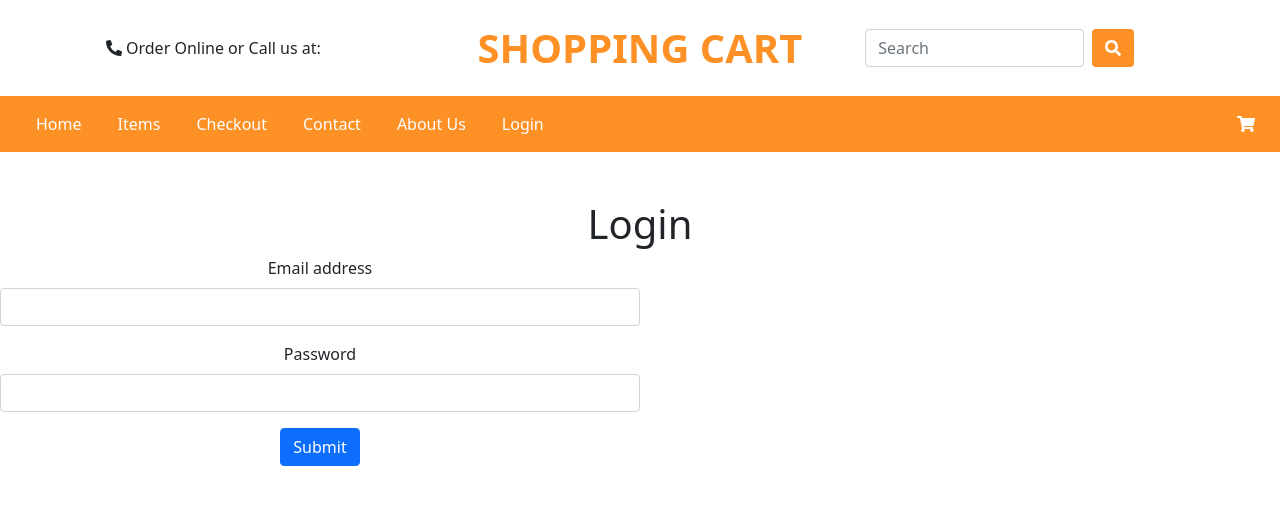
Repository: SaudCh/React-Ecommerce
Page: /login
An editor plug-in stored every save of this project. The page is shown before and after the next save, followed by the edit.
The browser window is 1280 px wide. The pictures show the whole page.
The project was rebuilt for these pictures with package versions that can differ from the ones it lists, and the page was loaded fresh each time. Also part of the build but not shown: src/App.css, src/Home/Carousel.jsx, src/Home/home.jsx.

Above is the page before, as saved 2021-12-05 19:14:02.

### src/App.js
import "./App.css";
import Header from "./Header/Header";
import "../node_modules/bootstrap/dist/css/bootstrap.min.css";
import "../node_modules/bootstrap/dist/js/bootstrap.bundle.min";
import Home from "./Home/home.jsx";
import { BrowserRouter, Switch, Route } from "react-router-dom";
import Login from "./Login/Login";

function App() {
  return (
    <BrowserRouter>
      <Header />
      <Switch>
        <Route path="/" exact>
          <Home />
        </Route>
        <Route path="/login" exact>
          <Login />
        </Route>
      </Switch>
    </BrowserRouter>
  );
}

export default App;

### src/Header/Header.jsx
import {
  faPhoneAlt,
  faSearch,
  faShoppingCart,
} from "@fortawesome/free-solid-svg-icons";
import { FontAwesomeIcon } from "@fortawesome/react-fontawesome";
import React from "react";
import { Link } from "react-router-dom";
import "./Header.css";

export default function Header() {
  return (
    <div>
      <nav className="container-fluid  my-4">
        <div className="row align-items-center">
          <div className="col-12 col-md-4 my-2 my-lg-0 text-center ">
            <p className="m-0 p-0">
              <FontAwesomeIcon icon={faPhoneAlt} /> Order Online or Call us at:{" "}
            </p>
          </div>
          <div className="col-12 col-md-4 my-2 my-lg-0 text-center">
            <p className="m-0 fw-bold h1" style={{ color: "#fe9126" }}>
              SHOPPING CART
            </p>
          </div>
          <div className="col-12 col-md-4 my-2 my-lg-0 text-center">
            <form class="d-flex col-12 col-lg-8">
              <input
                class="form-control me-2"
                type="search"
                placeholder="Search"
                aria-label="Search"
              />
              <button
                class="btn text-white"
                style={{ backgroundColor: "#fe9126" }}
                type="submit"
              >
                <FontAwesomeIcon icon={faSearch} />
              </button>
            </form>
          </div>
        </div>
      </nav>
      <nav
        class="navbar navbar-expand-md navbar-dark"
        style={{ backgroundColor: "#fe9126" }}
      >
        <div class="container-fluid">
          <Link class="navbar-brand" href="#"></Link>

          <button
            class="navbar-toggler"
            type="button"
            data-bs-toggle="collapse"
            data-bs-target="#navbarSupportedContent"
            aria-controls="navbarSupportedContent"
            aria-expanded="false"
            aria-label="Toggle navigation"
          >
            <span class="navbar-toggler-icon"></span>
          </button>
          <div class="collapse navbar-collapse" id="navbarSupportedContent">
            <ul class="navbar-nav me-auto mb-2 mb-lg-0 nav-ul">
              <li class="nav-item">
                <Link class="nav-link  text-white" aria-current="page" to="/">
                  Home
                </Link>
              </li>
              <li class="nav-item">
                <Link class="nav-link  text-white" to="#">
                  Items
                </Link>
              </li>

              <li class="nav-item">
                <Link
                  class="nav-link text-white"
                  to="#"
                  tabindex="-1"
                  aria-disabled="true"
                >
                  Checkout
                </Link>
              </li>
              <li class="nav-item">
                <Link
                  class="nav-link text-white"
                  to="#"
                  tabindex="-1"
                  aria-disabled="true"
                >
                  Contact
                </Link>
              </li>
              <li class="nav-item">
                <Link
                  class="nav-link text-white"
                  to="#"
                  tabindex="-1"
                  aria-disabled="true"
                >
                  About Us
                </Link>
              </li>
              <li class="nav-item">
                <Link
                  class="nav-link text-white"
                  to="/login"
                  tabindex="-1"
                  aria-disabled="true"
                >
                  Login
                </Link>
              </li>
            </ul>
            <button className="btn text-white">
              <FontAwesomeIcon icon={faShoppingCart} />
            </button>
          </div>
        </div>
      </nav>
    </div>
  );
}

### src/Login/Login.jsx
import React from "react";

export default function Login() {
  return (
    <div className="text-center py-5">
      <p className="p-0 m-0 h1 mb-2">Login</p>
      <form className="col-6">
        <div class="mb-3">
          <label for="exampleInputEmail1" class="form-label">
            Email address
          </label>
          <input type="email" class="form-control" id="exampleInputEmail1" />
        </div>
        <div class="mb-3">
          <label for="exampleInputPassword1" class="form-label">
            Password
          </label>
          <input
            type="password"
            class="form-control"
            id="exampleInputPassword1"
          />
        </div>

        <button type="submit" class="btn btn-primary">
          Submit
        </button>
      </form>
    </div>
  );
}

### src/Header/Header.css
.nav-ul li {
  margin-right: 20px;
}

Loaded but not shown: public/index.html (common file); src/index.js (common file); src/reportWebVitals.js (common file)

After the next save:
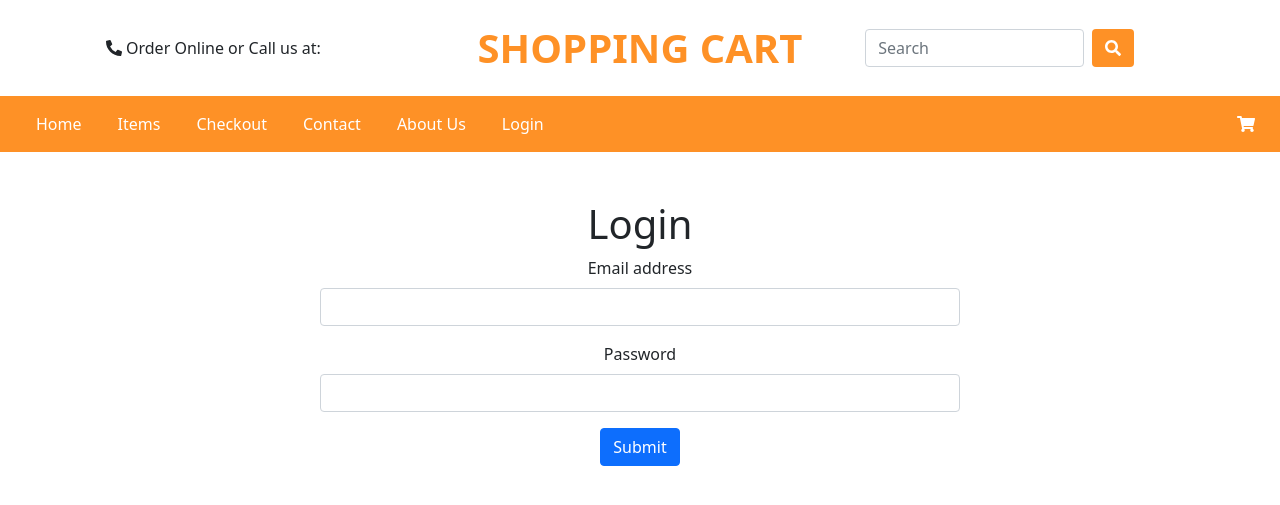
Saved 38 s later.
--- a/src/Login/Login.jsx
+++ b/src/Login/Login.jsx
@@ -4,7 +4,7 @@ export default function Login() {
   return (
     <div className="text-center py-5">
       <p className="p-0 m-0 h1 mb-2">Login</p>
-      <form className="col-6">
+      <form className="col-6" style={{ margin: "0px auto" }}>
         <div class="mb-3">
           <label for="exampleInputEmail1" class="form-label">
             Email address
